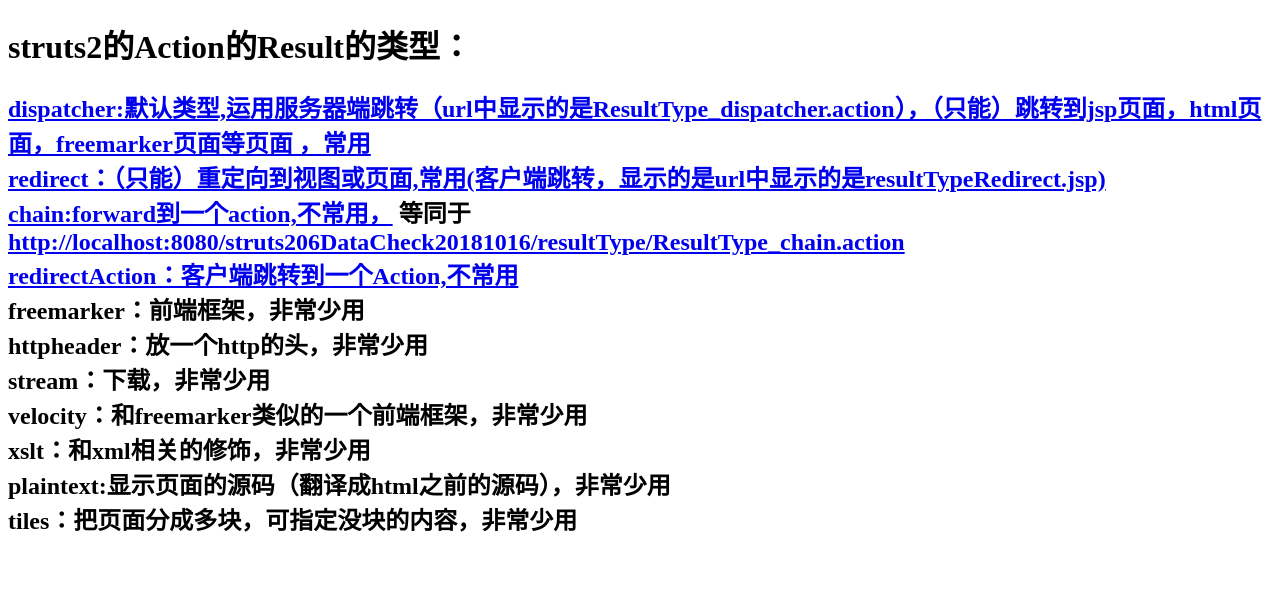
Repository: fupq/fpqStruts2
Page: http://localhost/struts206DataCheck20181016/resultType.jsp
These files come from the project's save history. The page is drawn as it stood at one moment and after the next save; the edit follows.
The browser window is 1280 px wide. The pictures show the whole page.
The page is served by Tomcat 9. Nobody is signed in. The application's start-up code is not run. Other server files are loaded and not shown.

Above is the page before, as saved 2018-10-22 17:48:09.

### struts206DataCheck20181016/WebRoot/resultType.jsp
<%@ page language="java" contentType="text/html; charset=GB18030"
    pageEncoding="GB18030"%>
<!DOCTYPE html>
<html>
<head>
<meta charset="GB18030">
<title>resultType</title>
</head>
<body>
	<h1>struts2的Action的Result的类型：</h1>
	<h2>
		<a href="http://localhost:8080/struts206DataCheck20181016/resultType/ResultType_dispatcher.action">dispatcher:默认类型,运用服务器端跳转（url中显示的是ResultType_dispatcher.action），（只能）跳转到jsp页面，html页面，freemarker页面等页面	，常用</a><br>
		<a href="http://localhost:8080/struts206DataCheck20181016/resultType/ResultType_redirect.action">redirect：（只能）重定向到视图或页面,常用(客户端跳转，显示的是url中显示的是resultTypeRedirect.jsp)	<br></a>
		<a href="http://localhost:8080/struts206DataCheck20181016/resultType/ResultType_chain.action">chain:forward到一个action,不常用，</a> 等同于<a href="http://localhost:8080/struts206DataCheck20181016/resultType/ResultType_chain.action">http://localhost:8080/struts206DataCheck20181016/resultType/ResultType_chain.action</a> <br>
		<a href="http://localhost:8080/struts206DataCheck20181016/resultType/ResultType_redirectAction.action">redirectAction：客户端跳转到一个Action,不常用</a><br>
		freemarker：前端框架，非常少用<br>
		httpheader：放一个http的头，非常少用<br>
		stream：下载，非常少用<br>
		velocity：和freemarker类似的一个前端框架，非常少用<br>
		xslt：和xml相关的修饰，非常少用<br>
		plaintext:显示页面的源码（翻译成html之前的源码），非常少用<br>
		tiles：把页面分成多块，可指定没块的内容，非常少用<br>
	</h2>
</body>
</html>

After the next save:
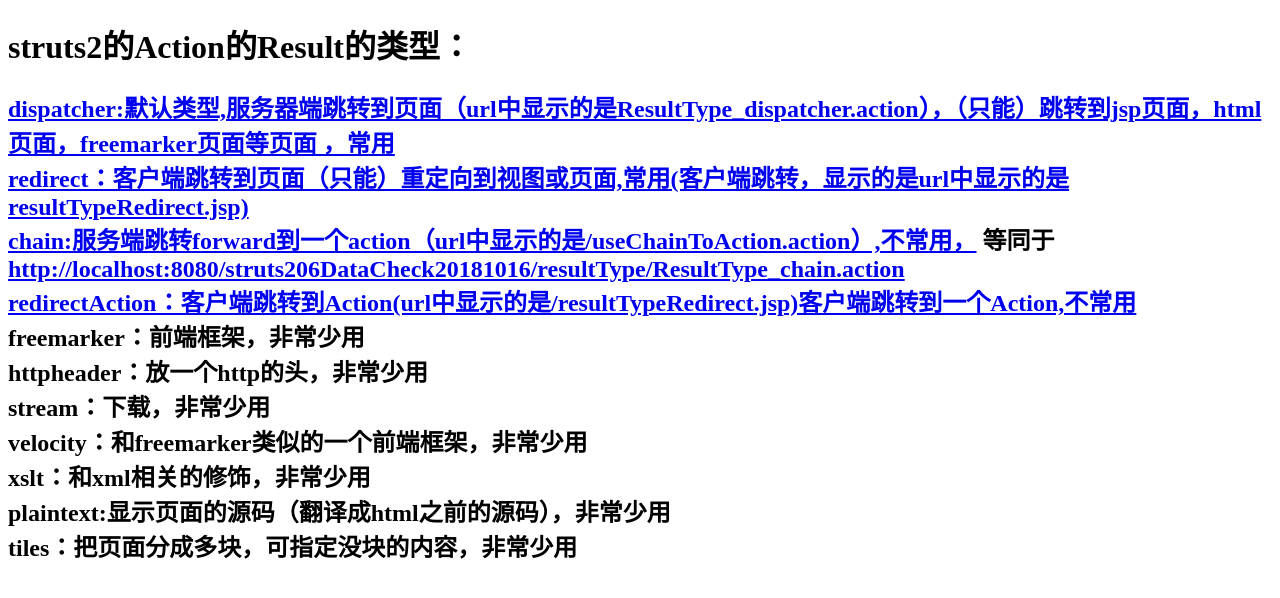
Saved 17 min 44 s later.
--- a/struts206DataCheck20181016/WebRoot/resultType.jsp
+++ b/struts206DataCheck20181016/WebRoot/resultType.jsp
@@ -9,10 +9,10 @@
 <body>
 	<h1>struts2的Action的Result的类型：</h1>
 	<h2>
-		<a href="http://localhost:8080/struts206DataCheck20181016/resultType/ResultType_dispatcher.action">dispatcher:默认类型,运用服务器端跳转（url中显示的是ResultType_dispatcher.action），（只能）跳转到jsp页面，html页面，freemarker页面等页面	，常用</a><br>
-		<a href="http://localhost:8080/struts206DataCheck20181016/resultType/ResultType_redirect.action">redirect：（只能）重定向到视图或页面,常用(客户端跳转，显示的是url中显示的是resultTypeRedirect.jsp)	<br></a>
-		<a href="http://localhost:8080/struts206DataCheck20181016/resultType/ResultType_chain.action">chain:forward到一个action,不常用，</a> 等同于<a href="http://localhost:8080/struts206DataCheck20181016/resultType/ResultType_chain.action">http://localhost:8080/struts206DataCheck20181016/resultType/ResultType_chain.action</a> <br>
-		<a href="http://localhost:8080/struts206DataCheck20181016/resultType/ResultType_redirectAction.action">redirectAction：客户端跳转到一个Action,不常用</a><br>
+		<a href="http://localhost:8080/struts206DataCheck20181016/resultType/ResultType_dispatcher.action">dispatcher:默认类型,服务器端跳转到页面（url中显示的是ResultType_dispatcher.action），（只能）跳转到jsp页面，html页面，freemarker页面等页面	，常用</a><br>
+		<a href="http://localhost:8080/struts206DataCheck20181016/resultType/ResultType_redirect.action">redirect：客户端跳转到页面（只能）重定向到视图或页面,常用(客户端跳转，显示的是url中显示的是resultTypeRedirect.jsp)	<br></a>
+		<a href="http://localhost:8080/struts206DataCheck20181016/resultType/ResultType_chain.action">chain:服务端跳转forward到一个action（url中显示的是/useChainToAction.action）,不常用，</a> 等同于<a href="http://localhost:8080/struts206DataCheck20181016/resultType/ResultType_chain.action">http://localhost:8080/struts206DataCheck20181016/resultType/ResultType_chain.action</a> <br>
+		<a href="http://localhost:8080/struts206DataCheck20181016/resultType/ResultType_redirectAction.action">redirectAction：客户端跳转到Action(url中显示的是/resultTypeRedirect.jsp)客户端跳转到一个Action,不常用</a><br>
 		freemarker：前端框架，非常少用<br>
 		httpheader：放一个http的头，非常少用<br>
 		stream：下载，非常少用<br>
